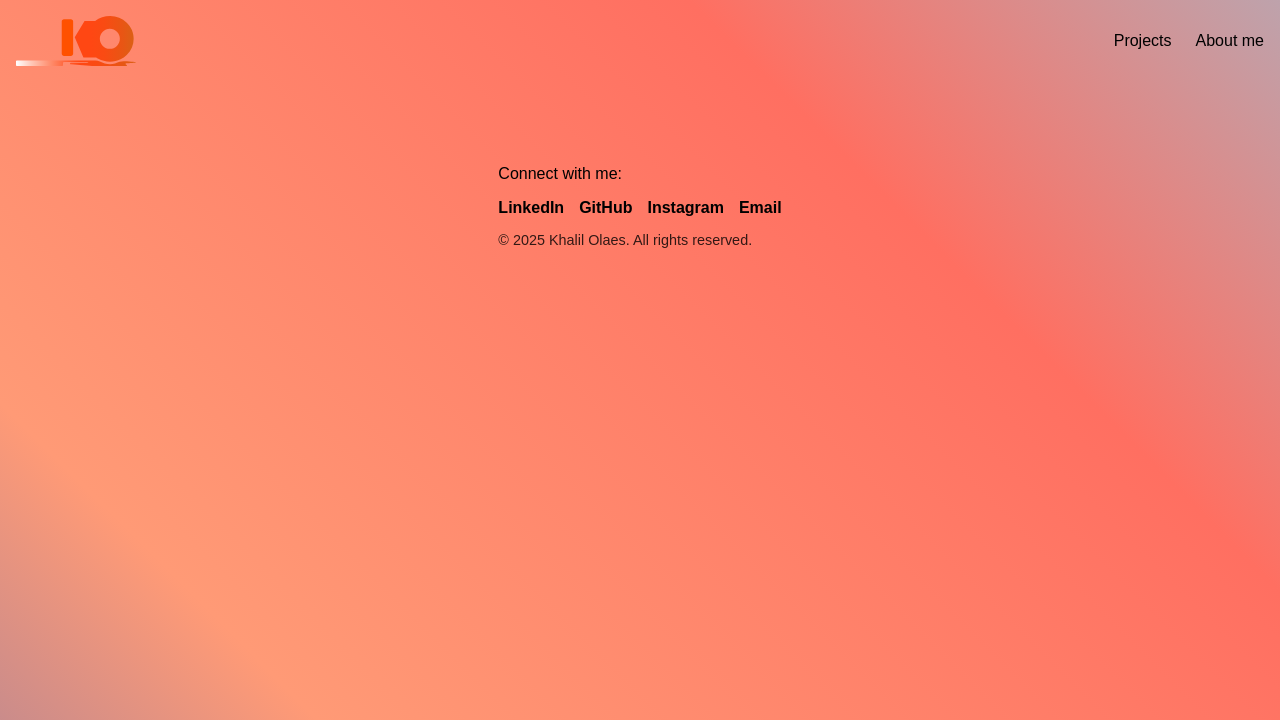
Repository: RonanKhalilOlaes/Olaes_finalProject
Page: aboutMe.html
These files come from the project's save history. The page is drawn as it stood at one moment and after the next save; the edit follows.
The browser window is 1280 px wide. The pictures show the whole page.
Some web libraries are served in a nearby version.

Above is the page before, as saved 2025-02-24 06:03:12.

After the next save:
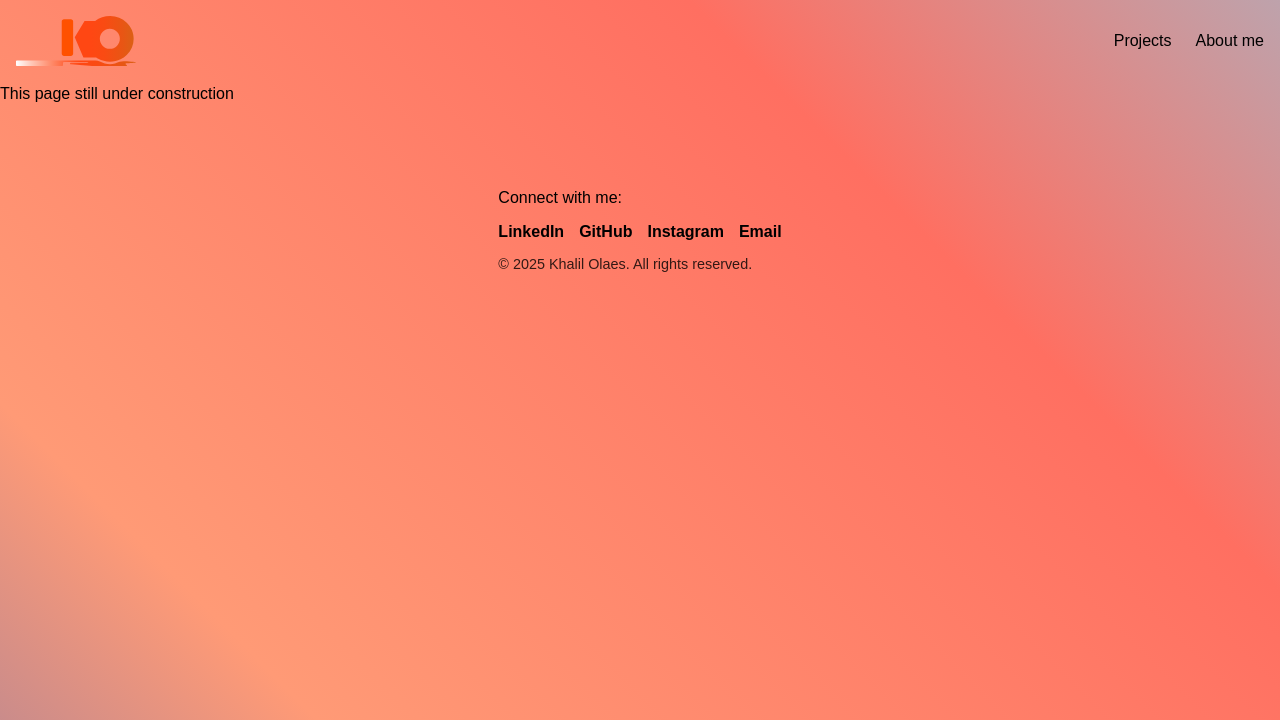
Saved 77 s later.
--- a/aboutMe.html
+++ b/aboutMe.html
@@ -22,7 +22,7 @@
         </ul>
     </nav>
 
-    <p></p>
+    <p>This page still under construction</p>
 
     <footer class="footer">
         <div class="footer-container">
